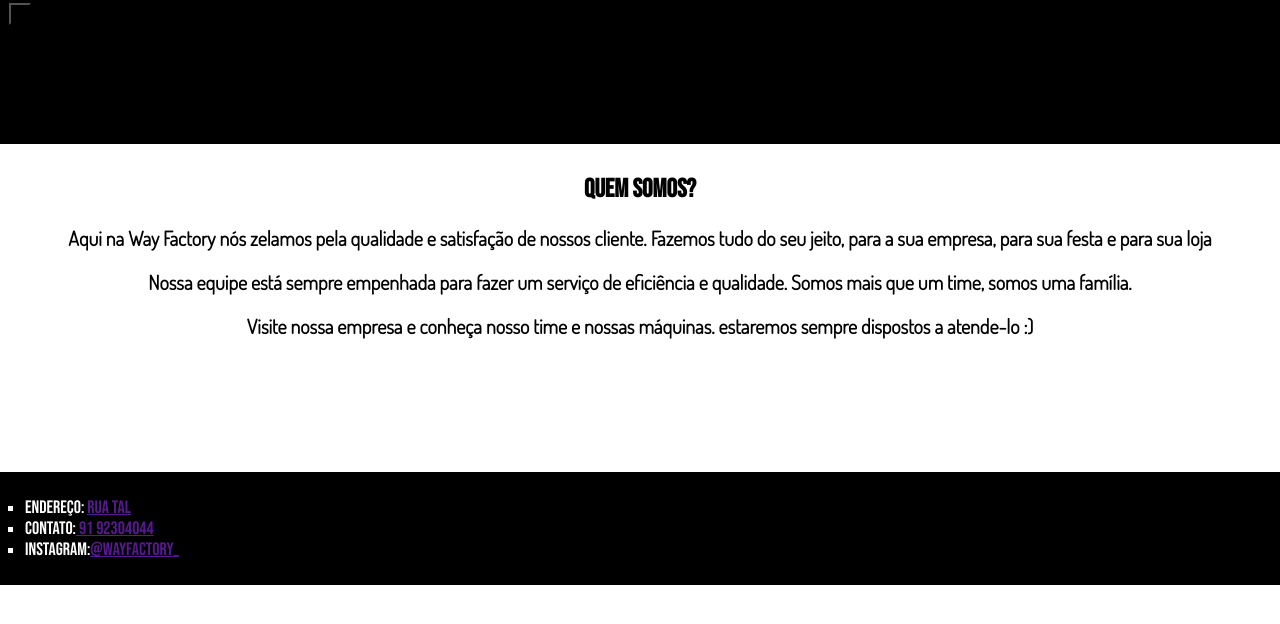
Repository: Leonngc/way-factory
Page: about.html
An editor plug-in stored every save of this project. The page is shown before and after a run of saves, followed by the edit.
The browser window is 1280 px wide. The pictures show the whole page.
Some icons come from a web library that is not loaded, so they are not drawn.

Above is the page before, as saved 2023-02-10 10:44:13.

After the next 3 saves:
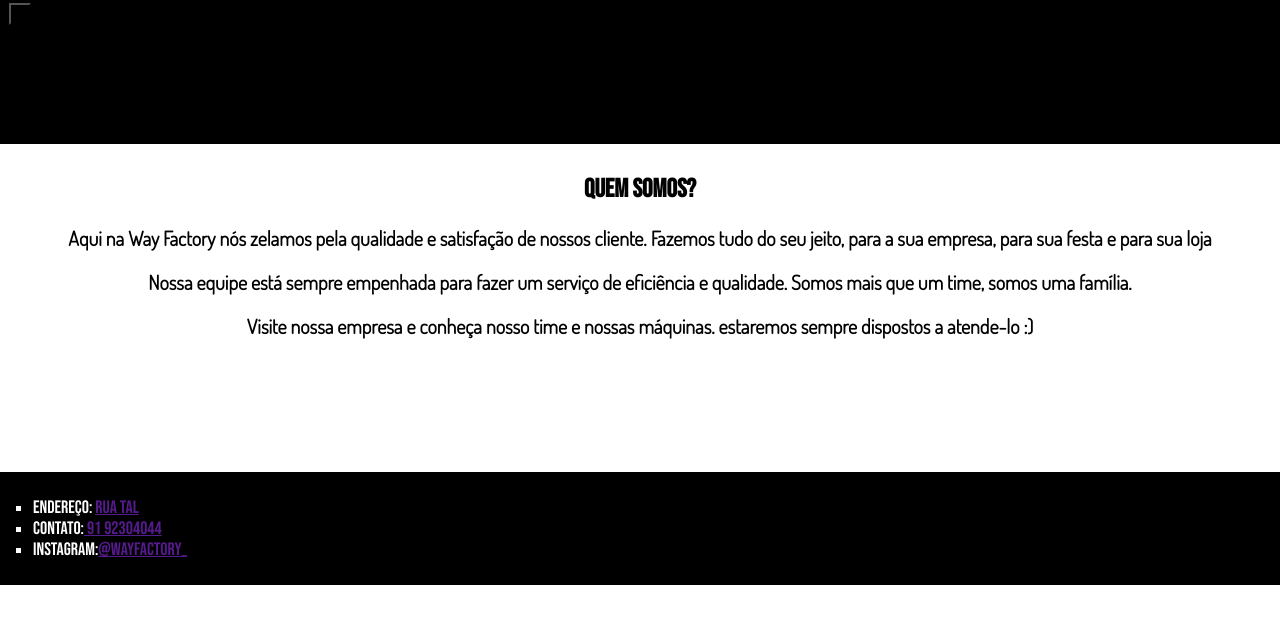
The 3 saves are shown as one change because they came seconds apart.
The last was saved 16 s later.
--- a/styles/about.css
+++ b/styles/about.css
@@ -88,4 +88,5 @@
 
 footer > ul > li{
     list-style: square;
+    margin-left: 8px;
 }

After the save that followed:
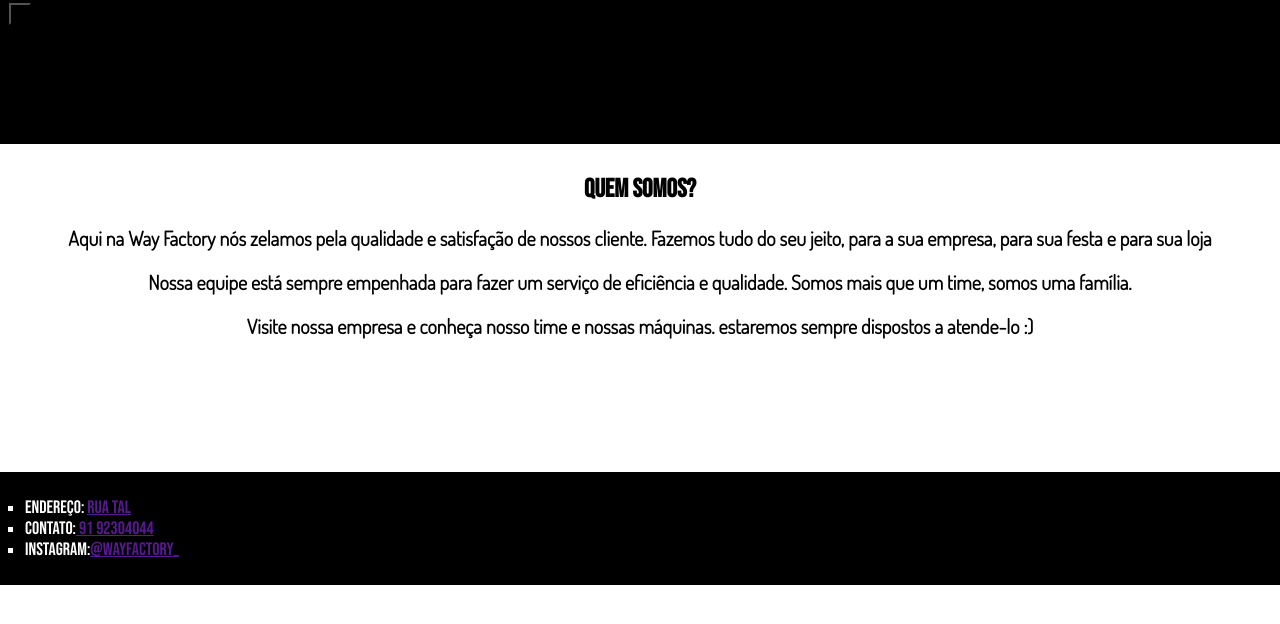
Saved 5 s later.
--- a/styles/about.css
+++ b/styles/about.css
@@ -88,5 +88,4 @@
 
 footer > ul > li{
     list-style: square;
-    margin-left: 8px;
 }
